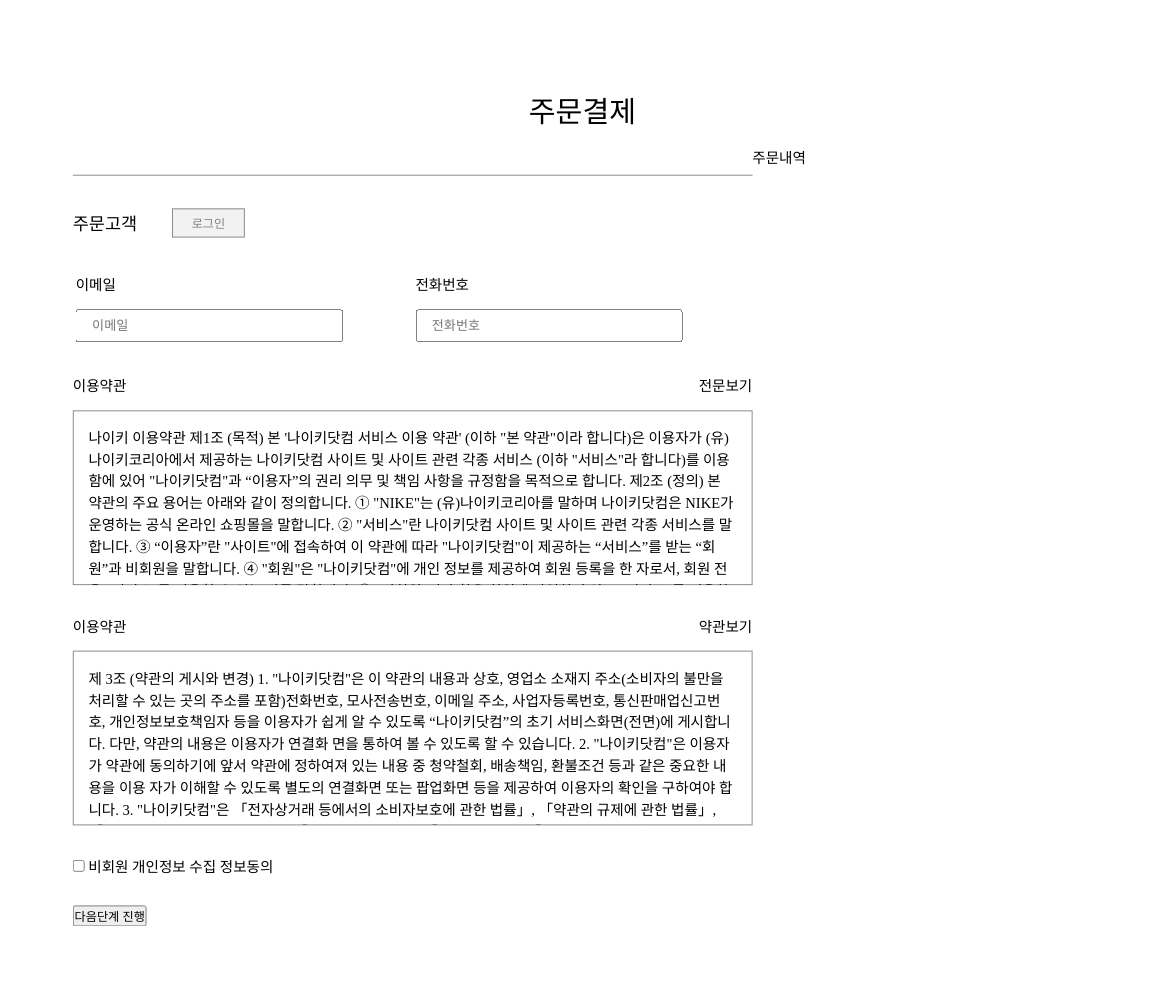
Repository: seungsu12/carrot
Page: http://localhost/carrot/orderform.jsp
The author's editor kept a copy of each file at every save. The page is drawn from the files as they stood at one save, then again after the next save.
The browser window is 1280 px wide. The pictures show the whole page, at 91% of full size.
The page is served by Tomcat 9. Other server files are loaded and not shown.

Above is the page before, as saved 2021-09-17 05:44:43.

### carrot/WebContent/orderform.jsp
<%@ page language="java" contentType="text/html; charset=UTF-8"
    pageEncoding="UTF-8"%>
<!DOCTYPE html>
<html>
<head>
<meta charset="UTF-8">
<title>주문하기</title>
<link href="css/style.css?v=2" rel="stylesheet" type="text/css" />
<style>

</style>
</head>
<body>

	<div class="order_form_wrapper">
		<div class="order_title center">
			<span>주문결제</span>
		</div>
		<div class="order_form">
			<div class="order_main order_main_content">

				<div class="order_main_title order_main_content">
					<span>주문고객</span>
					<button class="order_main_login">로그인</button>
				</div>

				<div class="order_main_input_wrapper order_main_content">
					<div class="order_main_input">
						<label for="order_email">이메일</label><br>
						<input id="order_eamil" type="email" name="email" placeholder="이메일">
					</div>
					<div class="order_main_input">
						<label for="order_phone">전화번호</label><br>
						<input id="order_phone" type="tel" name="phone" placeholder="전화번호">
					</div>
				</div>
				<div class="order_main_provision order_main_content">
					<div class="order_main_provision_title">
						<span>이용약관</span>
						<span>전문보기</span>
					</div>
					<div>
						<p>
							나이키 이용약관

		제1조 (목적)

		본 '나이키닷컴 서비스 이용 약관' (이하 "본 약관"이라 합니다)은 이용자가 (유)나이키코리아에서 제공하는 나이키닷컴 사이트 및 사이트 관련 각종 서비스 (이하 "서비스"라 합니다)를 이용함에 있어 "나이키닷컴"과 “이용자”의 권리 의무 및 책임 사항을 규정함을 목적으로 합니다.

		제2조 (정의)

		본 약관의 주요 용어는 아래와 같이 정의합니다.

		① "NIKE"는 (유)나이키코리아를 말하며 나이키닷컴은 NIKE가 운영하는 공식 온라인 쇼핑몰을 말합니다.

		② "서비스"란 나이키닷컴 사이트 및 사이트 관련 각종 서비스를 말합니다.

		③ “이용자”란 "사이트"에 접속하여 이 약관에 따라 "나이키닷컴"이 제공하는 “서비스”를 받는 “회원”과 비회원을 말합니다.

		④ "회원"은 "나이키닷컴"에 개인 정보를 제공하여 회원 등록을 한 자로서, 회원 전용 "서비스"를 이용할 수 있는 자를 말합니다.

		⑤ "비회원"이라 함은 회원에 가입하지 않고 "서비스"를 이용하는 자를 말합니다.

		2. 이 약관에서 정하지 아니한 내용과 이 약관의 해석에 관하여는 전자상거래 등에서의 소비자보호에 관한 법률, 약관의 규제 등에 관한 법률, 공정거래위원 회가 정하는 전자상거래 등에서의 소비자보호지침 및 관계법령 또는 상관례에 따릅니다



						</p>
					</div>
				</div>
				<div class="order_main_provision order_main_content">
					<div class="order_main_provision_title">
						<span>이용약관</span>
						<span>약관보기</span>
					</div>
					<div>
						<p>
											제 3조 (약관의 게시와 변경)
							1. "나이키닷컴"은 이 약관의 내용과 상호, 영업소 소재지 주소(소비자의 불만을 처리할 수 있는 곳의 주소를 포함)전화번호, 모사전송번호, 이메일 주소, 사업자등록번호, 통신판매업신고번호, 개인정보보호책임자 등을 이용자가 쉽게 알 수 있도록 “나이키닷컴”의 초기 서비스화면(전면)에 게시합니다. 다만, 약관의 내용은 이용자가 연결화 면을 통하여 볼 수 있도록 할 수 있습니다.

							2. "나이키닷컴"은 이용자가 약관에 동의하기에 앞서 약관에 정하여져 있는 내용 중 청약철회, 배송책임, 환불조건 등과 같은 중요한 내용을 이용 자가 이해할 수 있도록 별도의 연결화면 또는 팝업화면 등을 제공하여 이용자의 확인을 구하여야 합니다.

							3. "나이키닷컴"은 「전자상거래 등에서의 소비자보호에 관한 법률」, 「약관의 규제에 관한 법률」, 「전자문서 및 전자거래기본법」, 「전자금융거래법」, 「전자서명법」, 「정보통신망 이용촉진 및 정보보호 등에 관한 법률」, 「방문판매 등에 관한 법률」, 「소비자기본법」 등 관련 법을 위배하지 않는 범위에서 이 약관을 개정할 수 있습니다.

							4. "나이키닷컴"은 약관을 개정할 경우에는 적용일자 및 개정사유를 명시하여 현행약관과 함께 홈페이지의 초기화면에 그 적용일 7일 이전부터 적용일자 전일까지 공지합니다. 다만, 이용자에게 불리하게 약관내용을 변경하는 경우에는 최소한 30일 이상의 사전 유예기간을 두고 공지합니다. 이 경우 "나이키닷컴"은 개정 전 내용과 개정 후 내용을 명확하게 비교하여 이용자가 알기 쉽도록 표시합니다.

							5. 변경된 약관 조항 중 상품의 구매계약에 관한 조항은 그 적용일자 이후에 체결되는 계약에만 적용되고 그 이전에 이미 체결된 계약에 대해서는 변경전의 조항이 그대로 적용됩니다. 다만, 이미 매매계약을 체결한 이용자가 변경된 조항의 적용을 받기를 원하는 뜻을 상기 제4항에 의한 변경약관의 공지기간 내에 "나이키닷컴"에 송신하여 "나이키닷컴"의 동의를 받은 경우에는 변경된 조항이 적용됩니다.

							6. "나이키닷컴"이 개정약관을 공지 또는 통지하면서 회원에게 30일 기간 내에 의사표시를 하지 않으면 의사표시가 표명된 것으로 본다는 뜻을 명확하게 따로 공지 또는 고지하였음에도 회원이 명시적으로 거부의사를 표시하지 아니한 경우 회원이 개정약관에 동의한 것으로 봅니다. 또한, 회원이 개정약관의 적용에 동의하지 않는 경우 "나이키닷컴"은 개정약관의 내용을 적용할 수 없으며, 이 경우, 회원은 이용계약을 해지할 수 있습니다. 다만, 기존약관을 적용할 수 없는 특별한 사정이 있는 경우에는 "나이키닷컴"은 이용계약을 해지할 수 있습니다.

							7. 이 약관에서 정하지 아니한 내용과 이 약관의 해석에 관하여 전자상거래 등에서의 소비자보호에 관한 법률, 약관의 규제 등에 관한 법률, 공정거래위원회가 정하 는 전자상거래 등에서의 소비자보호지침 및 관계법령 또는 상관례에 따릅니다.

							제 4조 (서비스의 제공 및 변경)
						</p>
					</div>
				</div>
				<div class="order_checkbox order_main_content">
					<input id="order_checkbox" type="checkbox" value="#">
					<label for="order_checkbox">비회원 개인정보 수집 정보동의</label>
				</div>
				<div class="order_sumbit_wrapper order_main_content">
					<input type="button" value="다음단계 진행">
				</div>
			</div>

			<div class="order_aside">
				<div class="order_aside_title">
					주문내역
				</div>
			</div>
		</div>


	</div>
</body>
</html>

### carrot/WebContent/css/style.css
@import "header.css";

@import "home.css";

@import "footer.css";

@import "signup.css";

@import "login.css";

@import "shoes.css";

@import "orderform.css";

.center{
	display:flex;
	justify-content :center;
	flex-direction : column;
	align-items : center;
}
*{
	margin:0;
	padding:0;
	box-sizing :border-box;
}

### carrot/WebContent/css/header.css
#header_wrap{
	margin : 0 auto 0 auto;
	height: 120px;
	display :grid;
	grid-template-columns: 0.6fr minmax(495px, 20%) minmax(495px,40%) minmax(450px ,27%) 0.6fr;
	grid-template-rows : 1fr 2fr ;


}
a{
	text-decoration: none;
}

 .header_item:nth-child(1){
	grid-column :1/2;
	grid-row :1/3;
	border :none;
	border-right: 1px solid grey;
}

.header_item:nth-child(2) a{
	height: 80px;
	text-decoration :none;
	border-bottom: 1px solid grey;
}
.header_item:nth-child(3){

	border-left: 1px solid grey;
	border-right: 1px solid grey;
}
.header_item:nth-child(4) div{
	position : relative;
	top:8px;
	left : 10px;

}
.header_item:nth-child(4) ul li{
	margin-right:40px;
	display:inline-block;
	text-decoration : none
}
.header_item:nth-child(4) ul li a{
	text-decoration : none;
	color : black;
	font-size:1.1em;
	margin-right: 5px

}
.header_item:nth-child(4) ul li a:hover{
	color : blue;
}
.header_item:nth-child(5){
	grid-row:1/3;
	grid-column: 5/6;
	border:none;
	border-left: 1px solid grey;
	font-family: 'Odibee Sans', cursive;
}

.header_item:nth-child(6) {
	text-decoration : none;
    color: unset;
 	grid-column:2/4;
 	grid-row:2/3;
 	border-top: solid 1px grey;
  	border-bottom: solid 1px grey;
}
.header_item:nth-child(6) a{
	text-decoration :none;
	font-size: 48px;
	position:relative;
	left : 35px;
	top: 10px;
	color: black;

}
.header_item:nth-child(7){
	border-top:1px solid grey;
	border-bottom: 1px solid grey;
	font-family: 'Odibee Sans', cursive;
}
/* .header_item:nth-child(7) ul li{
	display :inline-block;
}	 */

.header_item:nth-child(7) ul li a {
	text-decoration : none;
	color : black;
	font-size : 1.5em;
}

.header_item:nth-child(7) ul li a:hover {
	color :blue;
}
.header_item:nth-child(7) ul ul{
	display : none;
	position: absolute;
	line-height:62px;

}

.header_item:nth-child(7) ul ul li{
	float:none;

}
.header_item:nth-child(7) ul li:hover ul{
	display :block;
}

.sub_menu li a{
	font-size:1.5em;
}

.header_navybar {
	margin-right : 55px;
	position:relative;
	top : 24px;
	display: inline-block;
}
.sub_menu{
	width:108px;
	margin-top:28px;
	background : beige;
}
.sub_menu li{
	display : flex;
	justify-content : center;
}
#input_wrapper{
	display :flex;
	height:40px;
	border:none;
}

#header_input{
	width: 85%;
	margin-right: 10px;
	margin-left : 10px;
	border:none;
	height: 20px;
	position: relative;
	top : 10px;


}
#header_submit{
	border : none;
	border-radius: 0.9em;
	width:9%;
	background: white;
	font-size: 0.4em;
	font-size : 0.9em;

}
#header_submit:hover{
	background: grey;

}
.header_item:nth-child(3):hover{
	background : #CEC9C9;
}

### carrot/WebContent/css/home.css


#title{
	font-size : 1px;

}

#h1{
	border : 1px solid black;
}

#join_top{
	display: float;
	margin:0;
	text-align:center;
	height : 80px;
}

#mid{

	margin : 0 auto 0 auto;
	max-width:1000px;

}


.main{

	margin : 0 auto 0 auto;

	display : flex;
	align-items : center;
	justify-content : center;




}
.main_img{
	width : 1220px;
	height: 720px;

}
.main_text{
	font-size: 3.7em;

	position: relative;
	bottom : 180px;
	font-family : fantasy;


}
.main_wrapper{
	width: 1600px;
	height: 800px;
	display: flex;
	align-items: center;
	justify-content : space-between
}

### carrot/WebContent/css/footer.css
.footer_wrapper{
	background : #e2e4e0;
	height:360px;
 	margin : 0 auto 0 auto;
 	display : grid;
	grid-template-columns :  1fr 2fr 1fr 1fr 1fr 1fr 1fr 1fr;
	grid-template-rows : 0.5fr 1fr 4fr
}


.footer_wrapper div:nth-child(1){
	grid-column : 1/2;
	grid-row: 1/4;
}
.footer_wrapper div:nth-child(2){
	grid-column : 2/8;
}
.footer_wrapper div:nth-child(3){

	grid-column: 8/9;
    grid-row: 1/4;
}

.footer_header{
	grid-row:2/3;
	grid-column : 2/8;
	height: fit-content;

	display :grid;
	grid-template-columns : 5fr 2fr;
	grid-template-rows: 1fr;
}

.footer_icon{
	width: 100%;
	display: flex;
	justify-content: space-evenly;
	align-items: center;

}
.footer_icon i {
	font-size : 40px;
}


.logo {
	height: 100px;
	width: 100px;
}
.footer_itmes div{
	text-align: center;

}

.footer_items_list ul li{
	list-style : none;
	padding: none;
	line-height: 23px;
}
.footer_items_list ul li a{
	text-decoration: none;
	color : black;
}

.footer_items_title{
	font-weight: bold;
	font-size: 1.1em
}
.footer_icon_img img{
	border-radius : 50% 50%;
}

### carrot/WebContent/css/signup.css
#sign_pwd2{
	font-size:14px;
}
.sign_title a{
	text-decoration : none;
	color : black;
}
.sign_wrapper{

	width: 60%;
	margin : 50px auto 0 auto;
	display : flex;
	flex-direction:column;
	align-items: center;


}
.sign_title{

	margin : 25px auto 20px auto;
}
.sign_title a{
	font-size: 69px;

}


.sign_box {
	min-width:560px;
	display: flex;
	flex-direction:column;
}
.sign_box2{
	min-width:560px;
	display: flex;
	flex-direction:column;
}
.sign_box2 input{
	width :165px;
	height: 45px;
	padding :4px;
	font-size :16px;
}

.sign_box input{
    margin: 5px 0 10px 0;
    height: 45px;
    font-size:22px;
    padding: 4px;
}

#sign_gender {
	margin : 5px 0 10px 0;
	font-size: 16px;
	height :45px;
}
.singup_body{
	background: #F2F2F2;
}
.sign_birth_wrapper{
	display: flex;
	justify-content: space-between;

}
#sign_month{
	width: 165px;
	font-size : 16px;

}
#sign_submit{
	background : #FAAC58;
	margin-top : 30px;
	box-shadow : 10px 5px 5px grey;
}

#sign_submit :hover{
	background :#F8ECE0;
}

### carrot/WebContent/css/login.css

.login_title a{
	text-decoration : none;
	color : black;
}
.login_wrapper{
	display: flex;
	flex-direction : column;
	align-items: center;
	margin : 0 auto 0 auto;

}
.login_title{
	font-size :68px;
	margin : 100px 0 60px 0;
}
.login_box {
	margin-bottom : 10px;
	width: 420px;
}
.login_box input{
	width: 420px;
	padding:5px;
	height : 45px;
	font-size : 18px;

}
.login_hr {
	margin_top : 5px;
}
.login_list{
	display: flex;
    width: 300px;
    align-items: center;
    flex-direction: column;
}
.login_list a {
	text-decoration :none;
	color : grey;
	font-size : 13px;
}
.login_list div span{
	content : "|";
}
.login_hr{
 	margin-top : 20px;
}
.login_list div{
	display :felx;
	justify-content : space-between;
}

### carrot/WebContent/css/shoes.css
.shoes_image_wrapper{

	display:flex;
	flex-direction:column;
	align-items:center;
	padding-top : 4em;
}
.shoes_info{
	display :flex;
	flex-direction : column;
	min-width: 450px;
}
.shoes_wrapper{
	display :grid;
	grid-template-columns :3fr 1.5fr;
	width:78%;
	margin-top :2em;
}
.shoes_title{
	display :flex;
	justify-content: space-between;
}
.shoes_size_list{
	display: grid;
	grid-template-columns: 1fr 1fr 1fr 1fr 1fr;
	grid-row-gap : 0.4em;
	grid-column-gap : 0.3em;
	width : 80%;
	margin : 0 auto 0 auto;

}
.shoes_size{
 border : 1px solid grey;
 border-radius :0.2em;
 height : 40px;
}
.zerosize{
	background : #D8D8D8;
	opacity : 0.2;

}
.nonezerosize:hover{
	background:grey;
	color : white;
}
.shoes_name{
	font-size : 2em;
	margin : 1em 0 1em 0 ;
}
.shoes_size_title{
	margin-bottom :0.8em;
	font-weight : bold;
	font-size : 1.2em;
}
.shoes_count_wrapper{
	margin : 2.5em 0 1em 0;
}
.shoes_count_wrapper *{
	margin-right: 1em;
}
.shoes_count_wrapper button{
	background: white;
	border: none;
	}
.shoes_count_wrapper input{
	border :none;
	width: 3%;
}
/* input spin 제거 */
input::-webkit-outer-spin-button,
input::-webkit-inner-spin-button {
  -webkit-appearance: none;
  margin: 0;
}

/* Firefox */
input[type=number] {
  -moz-appearance: textfield;
}
#plus_icon{
	font-weight : 100;
}
#minus_icon{
	font-weight : 100;
}
.shoes_button_wrapper{
	margin-top :1.5em;

}
.shoes_buy_button{
	border :1px solid black;
	background :black;
	color:white;
	width : 400px;
	border-radius : 1em;
	height: 55px;
	font-size : 1.1em;
}
.shoes_buy_button:hover{
	background:white;
	color:black;

}
.shoes_button_wrapper2{
	display : flex;
	justify-content : space-between;
	margin-top :1em;
	width : 400px;
}
.shoes_etc_button{
	border : 1px solid black;
	border-radius : 1em;
	font-size : 1em;
	background : white;
	width : 180px;
	height: 45px;
}
.shoes_etc_button:hover{
	background :black;
	color : white;
}
.shoes_review_title{
	margin-bottom: 1.8em;
	display :flex;
	justify-content : space-between;
}
.shoes_review_title2{
	display:flex;
}
.shoes_review_write{
	margin-bottom: 1.5em;
}
.review_title{
	font-size : 1.8em;
}
.review_star{
	margin : 0.8em 0 0.8em 0;
}

.review_info_wrapper span{
	color : grey;
	font-size : 0.8em;
	margin-left : 1em;
}
 .review_img{
 	height: 200px;
 }
.review_content{
	margin : 1em 0 1em 0;
}
.review_img img{
	width: 40%;
	height :80%;
}
.shoes_review_hidden{
	display : none;
}
.star{
	width : 1rem;
}
shoes_review_list_wrapper{
	margin-top : 2rem;
}
.review_signup_wrapper{
	display : none;
    padding: 1rem;
    margin-bottom : 2rem;
    justify-content: center;
    flex-direction: column;
    align-items: center;
}
.review_word{
	margin-right: 1rem;
}

.review_signup_title{
	margin-bottom :1.5rem;

}
.review_signup_title input{

	width:22rem;
	height: 1.2rem;
}
.review_signup_star_wrapper{
	display :flex;
}
.review_signup_star_wrapper2{
	margin-left :0.4rem;
	width:22rem;
}
.review_signup_content textarea{
	resize :none;
	width: 22rem;
	height: 8rem;
}
.review_signup_content span{
	vertical-align : top;
}
.review_signup_img{
	margin-top : 1rem;
}
.review_signup_img > input{
	width: 22rem;
}
#review_button{
	margin-top : 2rem;
	background: beige;
    width: 7rem;
    height: 1.9rem;
    border-radius: 0.5rem;
}
#review_button:hover{
	background:lightslategray;
	color:white;
}

### carrot/WebContent/css/orderform.css
.order_form_wrapper{
	padding : 5rem;
}
.order_title{
	font-size : 2rem;
	height: 5rem;

}
.order_main{
	margin-top : 2rem;
	border-top : 1px solid grey;
	display : flex;
	flex-direction :column;
}
.order_form{
	display: grid;
	grid-template-columns: 2fr 1fr;

}
.order_main_content{

	margin-top : 2rem;
}
.order_main_title{
	height : 2.5rem;
	display:flex;
	align-items : center;
}
.order_main_title span{
	font-size : 1.2rem;
	margin-right: 0.4rem;
}
.order_main_login{
	border : 1px solid grey;
	color : grey;
	background : #F2F2F2;
	width : 5rem;
	height: 2rem;
	margin-left : 2rem;
}
.order_main_input_wrapper{
	display : grid;
	grid-template-columns : 1fr 1fr;
}
.order_main_input{
	padding : 0.2em;
}

.order_main_input input{
	margin-top : 1rem;
	width: 80%;
    height: 2rem;
    padding: 1rem;
    font-size: 0.9rem;
}

.order_main_provision_title{
	display:flex;
	justify-content : space-between;
}
.order_main_provision p{
	margin-top :1rem;
	overflow : scroll;
	overflow-x : hidden;
	height :12rem;
	padding : 1rem;
	border : 1px solid grey;
}

.order_submit_wrapper input{
	width : 100%;
	height: 3rem;
	color: white;
	font-size : 1rem;
}

After the next save:
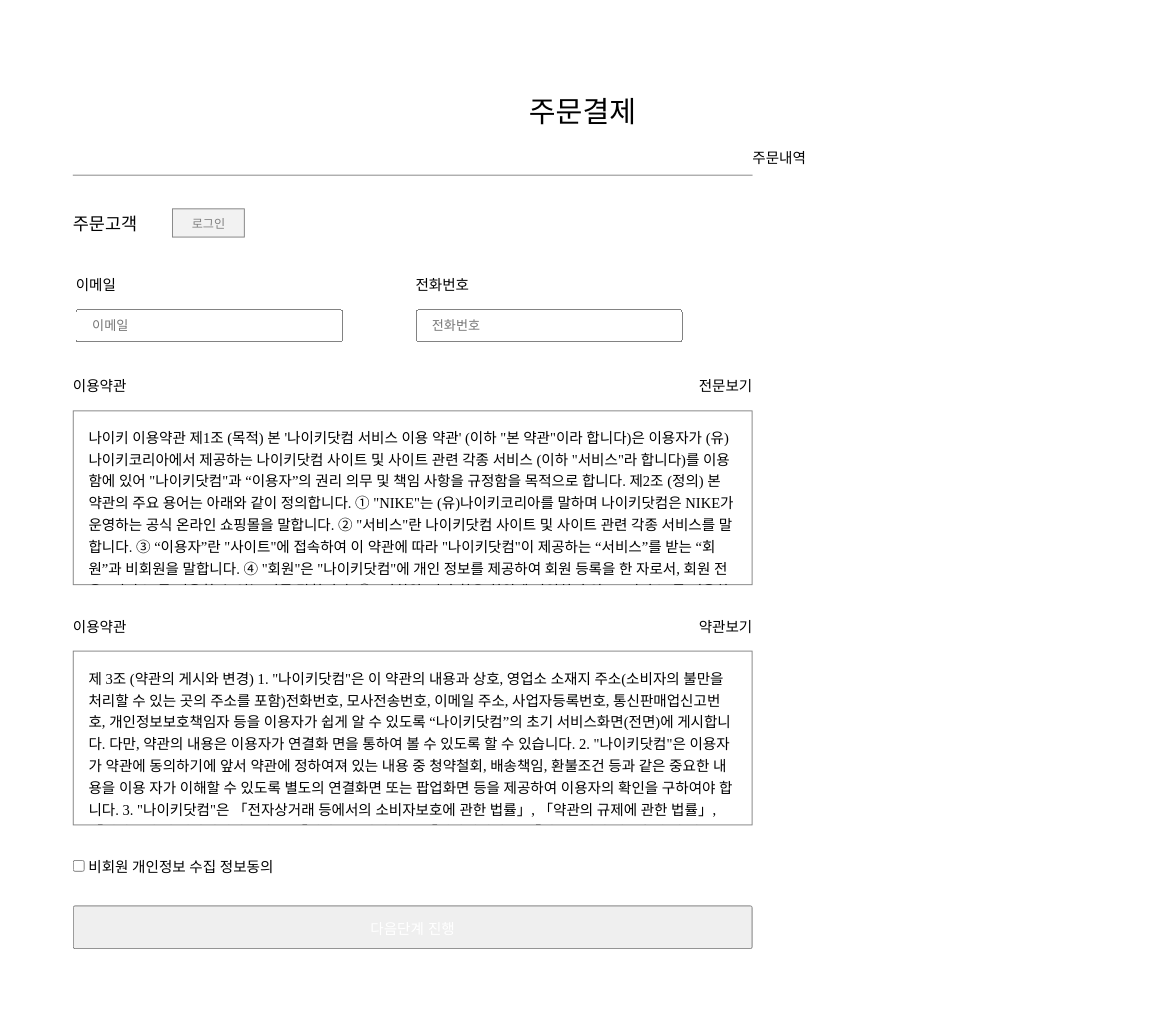
Saved 35 s later.
--- a/carrot/WebContent/orderform.jsp
+++ b/carrot/WebContent/orderform.jsp
@@ -98,7 +98,7 @@
 					<input id="order_checkbox" type="checkbox" value="#">
 					<label for="order_checkbox">비회원 개인정보 수집 정보동의</label>
 				</div>
-				<div class="order_sumbit_wrapper order_main_content">
+				<div class="order_submit_wrapper order_main_content">
 					<input type="button" value="다음단계 진행">
 				</div>
 			</div>
